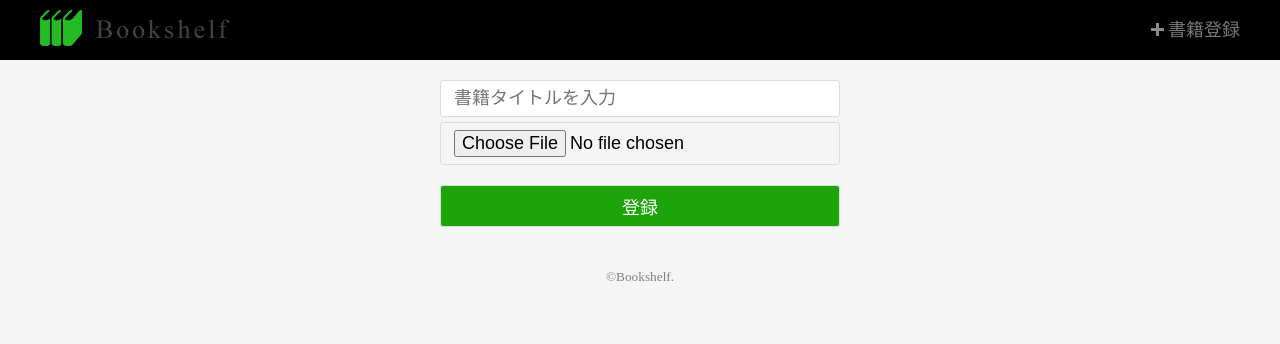
Repository: shin0423/test
Page: http://localhost/bookshelf_form.php
The author's editor kept a record of every edit. The page is drawn from the files as they stood at one moment, then again after the next edit.
The browser window is 1280 px wide. The pictures show the whole page.
The page is run by PHP 8.4 with error messages shown; the project is at /var/www/html/.

Above is the page before.

### bookshelf/bookshelf_form.php
<!DOCTYPE html>
<html lang="ja">
    <head>
        <meta charset="utf-8">
        <title>Bookshelf</title>
        <link rel="stylesheet" href="bookshelf.css">
    </head>
    <body>
        <header>
            <div id="header">
                <div id="logo">
                    <a href="./bookshelf_index.php"><img src="./images/logo.png" alt="Bookshelf"></a>
                </div>
                <nav>
                    <a href="./bookshelf_form.php"><img src="./images/icon_plus.png" alt=""> 書籍登録</a>
                </nav>
            </div>
        </header>
        <div id="wrapper">
            <div id="main">
                <form action="bookshelf_index.php" method="post" class="form_book" enctype="multipart/form-data">
                    <div class="book_title">
                        <input type="text" name="add_book_title" placeholder="書籍タイトルを入力">
                    </div>
                    <div class="book_image">
                        <input type="file" name="add_book_image">
                    </div>
                    <div class="book_submit">
                        <input type="submit" name="submit_add_book" value="登録">
                    </div>
                </form>
            </div>
        </div>
        <footer>
            <small>©Bookshelf.</small>
        </footer>
    </body>
</html>

### bookshelf/bookshelf.css
@charset "UTF-8";

* {
    box-sizing: border-box;
}
.clearfix::after {
  content: "";
  clear: both;
  display: block;
}
body {
    margin: 0;
    padding: 0;
    background-color: #f5f5f5;
}
header {
    background-color: black;
}
#header {
    max-width: 1200px;
    height: 60px;
    margin: 0 auto;
}
#logo {
    display: inline-block;
    margin-top: 10px;
}
header nav {
    float: right;
    display: inline-block;
    margin-top: 15px;
}
header nav a {
    text-decoration: none;
    color: #777;
    font-size: 18px;
}
#cover {
    color: white;
    height: 300px;
    background-image: url("./images/cover.jpg");
    display: flex;
    justify-content: center;
    align-items: center;
    flex-flow: column nowrap;
}

#cover_title {
    font-size: 36px;
    letter-spacing: 10px;
}

.book_status {
    display: inline-block;
    text-align: center;
}
.book_status input {
    cursor: pointer;
    background-color: #ddd;
}

.unread.active input {
    background-color: #e00d26;
}
.reading.active input {
    background-color: #219ed2;
}
.finished.active input {
    background-color: #1ca40a;
}
.unread input:hover {
    background-color: #e00d26;
}
.reading input:hover {
    background-color: #219ed2;
}
.finished input:hover {
    background-color: #1ca40a;
}

.book_count {
    margin-top: 5px;
}

#cover .book_status input {
    border: 0;
    color: white;
    font-size: 16px;
    font-weight: bold;
    margin: 0 25px;
    padding: 0;
    width: 70px;
    height: 30px;
    border-radius: 15px;
    text-align: center;
}

#main {
    width: 1200px;
    margin: 0 auto;
}

#book_list {
    margin: 20px auto;
}

.book_item {
    width: 270px;
    margin: 15px;
    float: left;
    background-color: white;
    border: solid 1px #ddd;
}

.book_item .book_image {
    width: 270px;
    height: 270px;
    padding: 10px;
    display: table-cell;
    text-align: center;
    vertical-align: middle;
}

.book_item .book_image img {
    max-height: 250px;
    max-width: 250px;
    vertical-align: middle;
}

.book_item .book_detail {
    padding: 10px;
    background-color: #fafafa;
    border-top: solid 1px #ddd;
}

.book_item .book_detail .book_title {
    margin: 0 auto;
    height: 50px;
    text-align: center;
    overflow: hidden;
}

.book_item .book_detail form {
    padding-top: 5px;
    text-align: center;
}

.book_item .book_detail .book_status input {
    border: 0;
    color: white;
    font-size: 14px;
    font-weight: bold;
    margin: 0 4px;
    padding: 0;
    width: 70px;
    height: 30px;
    border-radius: 5px;
}

.book_delete {
    margin-top: 5px;
    text-align: right;
}
.book_delete input {
    border: 0;
    padding: 0;
    background-color: white;
    color: gray;
    font-size: 12px;
    cursor: pointer;
}

.book_delete img {
    vertical-align: text-bottom;
}

footer {
    padding: 20px 0;
    text-align: center;
    color: gray;
}

.form_book {
    width: 400px;
    margin: 20px auto;
}
.form_book input {
    display: inline-block;
    margin-bottom: 0;
    vertical-align: middle;
    width: 400px;
    padding: 7px 13px;
    border-radius: 3px;
    border: 1px solid #ddd;
    font-size: 18px;
}
.form_book .book_image {
    margin-top: 5px;
}
.form_book .book_submit input {
    margin-top: 20px;
    color: white;
    cursor: pointer;
    background-color: #1ca40a;
}

After the next edit:
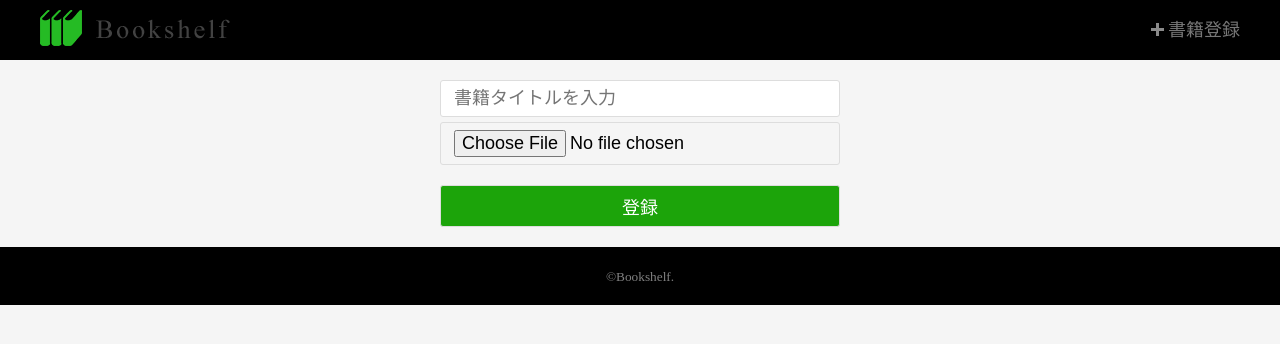
The edit:
--- a/bookshelf/bookshelf.css
+++ b/bookshelf/bookshelf.css
@@ -48,6 +48,10 @@
 #cover_title {
     font-size: 36px;
     letter-spacing: 10px;
+}
+
+footer{
+    background-color:black;
 }
 
 .book_status {
